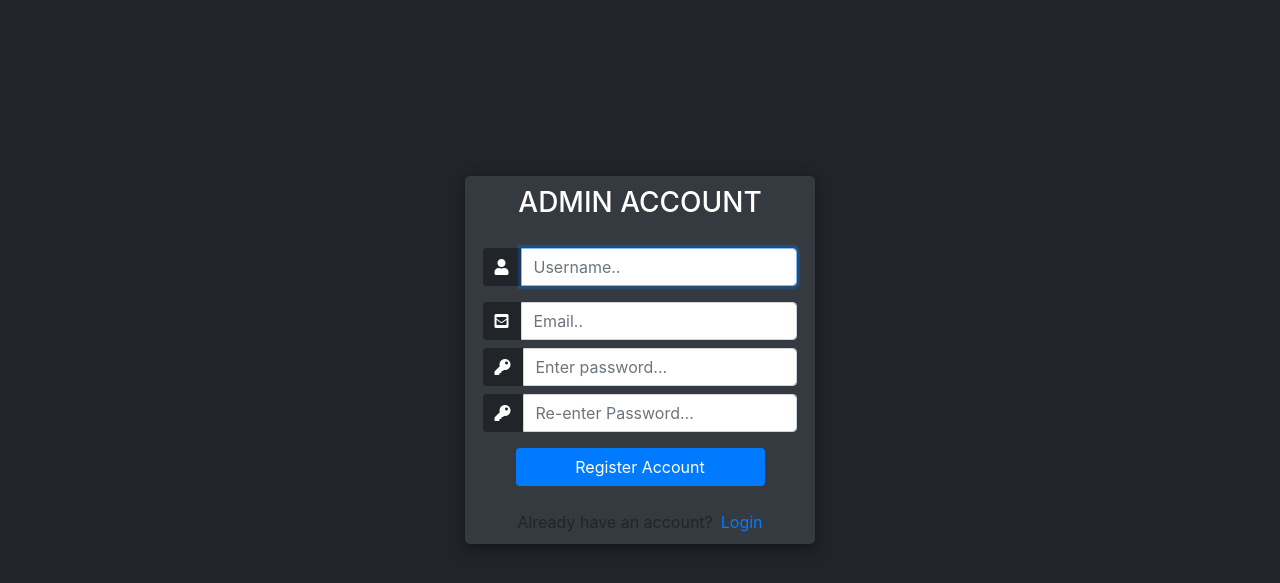
Repository: Abdaljawad-Aya/login-register-auth-validation-Django
Page: http://localhost/register/
An editor plug-in stored every save of this project. The page is shown before and after the next save, followed by the edit.
The browser window is 1280 px wide. The pictures show the whole page.
Some web libraries are served in a nearby version. The page is served by the project's application, run on Django 3.2 (project8/manage.py). Other server files are loaded and not shown.

Above is the page before, as saved 2021-03-11 22:28:17.

### project8/project8/templates/register.html
<!DOCTYPE html>
<html>

<head>
	<title>Login</title>
	<link rel="stylesheet" href="https://stackpath.bootstrapcdn.com/bootstrap/4.1.3/css/bootstrap.min.css" integrity="sha384-MCw98/SFnGE8fJT3GXwEOngsV7Zt27NXFoaoApmYm81iuXoPkFOJwJ8ERdknLPMO" crossorigin="anonymous">
	<script src="https://ajax.googleapis.com/ajax/libs/jquery/3.3.1/jquery.min.js"></script>
	<link rel="stylesheet" href="https://use.fontawesome.com/releases/v5.6.1/css/all.css" integrity="sha384-gfdkjb5BdAXd+lj+gudLWI+BXq4IuLW5IT+brZEZsLFm++aCMlF1V92rMkPaX4PP" crossorigin="anonymous">

	<style>
		body,
		html {
			margin: 0;
			padding: 0;
			height: 100%;
			background: #212429 !important;
		}
		.user_card {
			width: 350px;
			margin-top: auto;
			margin-bottom: auto;
			background: #353a40;
			position: relative;
			display: flex;
			justify-content: center;
			flex-direction: column;
			padding: 10px;
			box-shadow: 0 4px 8px 0 rgba(0, 0, 0, 0.2), 0 6px 20px 0 rgba(0, 0, 0, 0.19);
			-webkit-box-shadow: 0 4px 8px 0 rgba(0, 0, 0, 0.2), 0 6px 20px 0 rgba(0, 0, 0, 0.19);
			-moz-box-shadow: 0 4px 8px 0 rgba(0, 0, 0, 0.2), 0 6px 20px 0 rgba(0, 0, 0, 0.19);
			border-radius: 5px;

		}

		.form_container {
			margin-top: 20px;
		}

		#form-title{
			color: #fff;
		}
		.login_btn {
			width: 100%;
			background: #007aff !important;
			color: white !important;
		}
		.login_btn:focus {
			box-shadow: none !important;
			outline: 0px !important;
		}
		.login_container {
			padding: 0 2rem;
		}
		.input-group-text {
			background: #212429 !important;
			color: white !important;
			border: 0 !important;
			border-radius: 0.25rem 0 0 0.25rem !important;
		}
		.input_user,
		.input_pass:focus {
			box-shadow: none !important;
			outline: 0px !important;
		}

	</style>

</head>
<body>
	<div class="container h-100">
		<div class="d-flex justify-content-center h-100">
			<div class="user_card">
				<div class="d-flex justify-content-center">
					<h3 id="form-title">ADMIN ACCOUNT</h3>
				</div>
				<div class="d-flex justify-content-center form_container">

					<form method="POST" action="">
            {% csrf_token %}

						<div class="input-group mb-3">
							<div class="input-group-append">
								<span class="input-group-text"><i class="fas fa-user"></i></span>
							</div>
							{{form.username}}
						</div>
						<div class="input-group mb-2">
							<div class="input-group-append">
								<span class="input-group-text"><i class="fas fa-envelope-square"></i></span>
							</div>
							  {{form.email}}

						</div>
						<div class="input-group mb-2">
							<div class="input-group-append">
								<span class="input-group-text"><i class="fas fa-key"></i></span>
							</div>
							  {{form.password1}}
						</div>
						<div class="input-group mb-2">
							<div class="input-group-append">
								<span class="input-group-text"><i class="fas fa-key"></i></span>
							</div>
							 {{form.password2}}
						</div>

				   		<div class="d-flex justify-content-center mt-3 login_container">
				 			<input class="btn login_btn" type="submit" value="Register Account">
				   		</div>
					</form>
				</div>

				<div class="mt-4">
					<div class="d-flex justify-content-center links">
						Already have an account? <a href="{% url 'login' %}" class="ml-2">Login</a>
					</div>
				</div>
			</div>
		</div>
	</div>
	<script>
						/* Because i didnt set placeholder values in forms.py they will be set here using vanilla Javascript
		//We start indexing at one because CSRF_token is considered and input field
		 */

		//Query All input fields
		var form_fields = document.getElementsByTagName('input')
		form_fields[1].placeholder='Username..';
		form_fields[2].placeholder='Email..';
		form_fields[3].placeholder='Enter password...';
		form_fields[4].placeholder='Re-enter Password...';


		for (var field in form_fields){
			form_fields[field].className += ' form-control'
		}
	</script>
</body>
</html>



{% comment %} <h1>register</h1>


<form method="POST" action>
  {% csrf_token %}
  {{form.username.label}}
  {{form.username}}

  {{form.email.label}}
  {{form.email}}

  {{form.password1.label}}
  {{form.password1}}

  {{form.password2.label}}
  {{form.password2}}
     <input type="submit" name="Create User">
</form> {% endcomment %}

### project8/project8/App/forms.py
from django.forms import ModelForm
from django.contrib.auth.forms import UserCreationForm
from django.contrib.auth.models import User
from django import forms

from .models import Data_Source



class OrderForm(ModelForm):
  class Meta:
          model  = Data_Source
          fields = '__all__'

class CreateUserForm(UserCreationForm):
    class Meta:
          model  = User
          fields = ['username','email','password1','password2']

### project8/project8/App/views.py
from django.shortcuts import render
from django.contrib.auth.forms import UserCreationForm


# Create your views here.
from .models import *
from .forms import OrderForm, CreateUserForm
from .filters import OrderFilters


def registerPage(request):
    form = CreateUserForm()

    if request.method == 'POST':
        form = CreateUserForm(request.POST)
        if form.is_valid():
              form.save()

    context ={'form':form}
    return render(request, '../templates/register.html', context)


def loginPage(request):
    context ={}
    return render(request, '../templates/login.html', context)

def index(request):
    return render(request , "index.html")

### project8/project8/project8/urls.py
"""project8 URL Configuration

The `urlpatterns` list routes URLs to views. For more information please see:
    https://docs.djangoproject.com/en/3.1/topics/http/urls/
Examples:
Function views
    1. Add an import:  from my_app import views
    2. Add a URL to urlpatterns:  path('', views.home, name='home')
Class-based views
    1. Add an import:  from other_app.views import Home
    2. Add a URL to urlpatterns:  path('', Home.as_view(), name='home')
Including another URLconf
    1. Import the include() function: from django.urls import include, path
    2. Add a URL to urlpatterns:  path('blog/', include('blog.urls'))
"""
from django.contrib import admin
from django.urls import path
from App import views

urlpatterns = [
    path('register/', views.registerPage, name="register"),
    path('login/', views.loginPage, name="login"),

    path('admin/', admin.site.urls),
    path('', views.index),
]

After the next save:
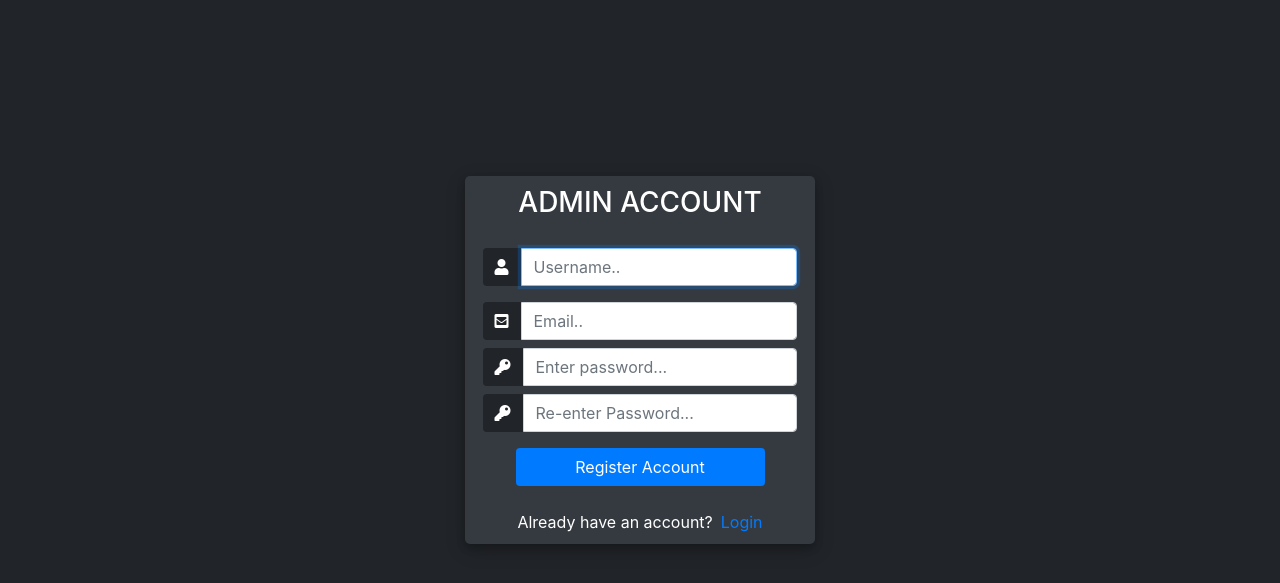
Saved 18 s later.
--- a/project8/project8/templates/register.html
+++ b/project8/project8/templates/register.html
@@ -62,6 +62,9 @@
 			box-shadow: none !important;
 			outline: 0px !important;
 		}
+    .links{
+      color:white;
+    }
 
 	</style>
 
